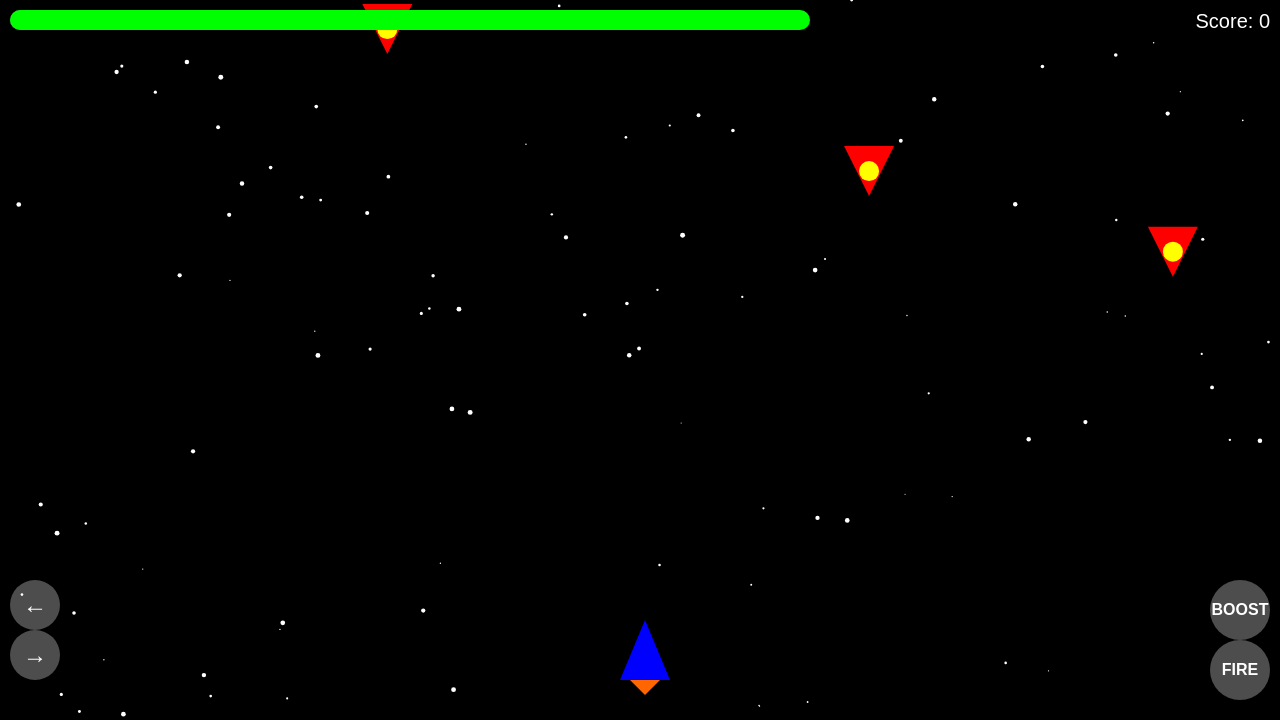
Repository: BiranOrundas/space-shooter
Page: space-shooter.html
An editor plug-in stored every save of this project. The page is shown before and after the next save, followed by the edit.
The browser window is 1280 px wide. The pictures show the whole page.

Above is the page before, as saved 2025-03-13 13:12:35.

### space-shooter.html
<!DOCTYPE html>
<html lang="en">
<head>
  <meta charset="UTF-8">
  <meta name="viewport" content="width=device-width, initial-scale=1.0">
  <title>Space Shooter</title>
  <style>
    body {
      margin: 0;
      overflow: hidden;
      touch-action: none;
      font-family: Arial, sans-serif;
      background-color: #000;
      display: flex;
      justify-content: center;
      align-items: center;
      height: 100vh;
    }

    #game-container {
      position: relative;
      width: 100vw;
      height: 100vh;
      background-color: #000;
      overflow: hidden;
      touch-action: none;
    }

    #game-canvas {
      width: 100%;
      height: 100%;
    }

    #controls {
      position: absolute;
      bottom: 20px;
      left: 0;
      width: 100%;
      display: flex;
      justify-content: space-between;
      z-index: 10;
    }

    .direction-btn {
      width: 50px;
      height: 50px;
      background-color: rgba(255, 255, 255, 0.3);
      border-radius: 50%;
      display: flex;
      justify-content: center;
      align-items: center;
      color: white;
      font-weight: bold;
      font-size: 24px;
      user-select: none;
      margin: 0 10px;
    }

    .action-btn {
      width: 60px;
      height: 60px;
      background-color: rgba(255, 255, 255, 0.3);
      border-radius: 50%;
      display: flex;
      justify-content: center;
      align-items: center;
      color: white;
      font-weight: bold;
      font-size: 16px;
      user-select: none;
      margin: 0 10px;
    }

    #life-bar-container {
      position: absolute;
      top: 10px;
      left: 10px;
      width: 200px;
      height: 20px;
      background-color: rgba(255, 255, 255, 0.3);
      border-radius: 10px;
    }

    #life-bar {
      height: 100%;
      width: 100%;
      background-color: #0f0;
      border-radius: 10px;
      transition: width 0.5s;
    }

    #score {
      position: absolute;
      top: 10px;
      right: 10px;
      color: white;
      font-size: 20px;
    }

    #game-over {
      position: absolute;
      top: 0;
      left: 0;
      width: 100%;
      height: 100%;
      background-color: rgba(0, 0, 0, 0.8);
      display: none;
      flex-direction: column;
      justify-content: center;
      align-items: center;
      color: white;
      font-size: 30px;
      z-index: 20;
    }

    #restart-btn {
      margin-top: 20px;
      padding: 10px 20px;
      background-color: #0f0;
      color: black;
      border: none;
      border-radius: 5px;
      font-size: 18px;
      cursor: pointer;
    }

    .star {
      position: absolute;
      background-color: white;
      border-radius: 50%;
    }
  </style>
</head>
<body>
  <div id="game-container">
    <div id="life-bar-container">
      <div id="life-bar"></div>
    </div>
    <div id="score">Score: 0</div>
    <canvas id="game-canvas"></canvas>

    <div id="controls">
      <div id="movement-controls">
        <div class="direction-btn" id="left-btn">←</div>
        <div class="direction-btn" id="right-btn">→</div>
      </div>
      <div id="action-controls">
        <div class="action-btn" id="boost-btn">BOOST</div>
        <div class="action-btn" id="shoot-btn">FIRE</div>
      </div>
    </div>

    <div id="game-over">
      <div>GAME OVER</div>
      <div id="final-score">Score: 0</div>
      <button id="restart-btn">Restart</button>
    </div>
  </div>

  <script>
    // Game setup
    const canvas = document.getElementById('game-canvas');
    const ctx = canvas.getContext('2d');

    // Set canvas dimensions to match container
    const container = document.getElementById('game-container');
    canvas.width = container.clientWidth;
    canvas.height = container.clientHeight;

    // Game variables
    let score = 0;
    let gameOver = false;
    let animationId;

    // Player variables
    const player = {
      x: canvas.width / 2 - 20,
      y: canvas.height - 100,
      width: 50,
      height: 60,
      speed: 5,
      boostedSpeed: 10,
      isBoosting: false,
      life: 400,
      color: '#00f',
      cooldown: 0,
      lastShot: 0
    };

    // Game elements arrays
    const bullets = [];
    const enemies = [];
    const stars = [];

    // Control variables
    let leftPressed = false;
    let rightPressed = false;
    let shootPressed = false;
    let boostPressed = false;

    // Generate stars for background
    function createStars() {
      const starCount = 100;
      for (let i = 0; i < starCount; i++) {
        stars.push({
          x: Math.random() * canvas.width,
          y: Math.random() * canvas.height,
          size: Math.random() * 2 + 0.5,
          speed: Math.random() * 2 + 5.9
        });
      }
    }

    // Draw player's spaceship
    function drawPlayer() {
      // Draw player ship
      ctx.fillStyle = player.color;

      // Ship body
      ctx.beginPath();
      ctx.moveTo(player.x + player.width / 2, player.y);
      ctx.lineTo(player.x + player.width, player.y + player.height);
      ctx.lineTo(player.x, player.y + player.height);
      ctx.closePath();
      ctx.fill();

      // Engine flames
      if (player.isBoosting) {
        ctx.fillStyle = '#ff0';
      } else {
        ctx.fillStyle = '#f60';
      }

      const flameHeight = player.isBoosting ? 30 : 15;
      ctx.beginPath();
      ctx.moveTo(player.x + 10, player.y + player.height);
      ctx.lineTo(player.x + player.width / 2, player.y + player.height + flameHeight);
      ctx.lineTo(player.x + player.width - 10, player.y + player.height);
      ctx.closePath();
      ctx.fill();
    }

    // Create a bullet
    function shootBullet() {
      const now = Date.now();
      if (now - player.lastShot > 300) { // Cooldown in ms
        bullets.push({
          x: player.x + player.width / 2 - 3,
          y: player.y,
          width: 1,
          height: 15,
          speed: 10,
          color: '#f00'
        });
        player.lastShot = now;
      }
    }

    // Draw bullets
    function drawBullets() {
      bullets.forEach(bullet => {
        ctx.fillStyle = bullet.color;
        ctx.fillRect(bullet.x, bullet.y, bullet.width, bullet.height);
      });
    }

    // Create enemy ships
    function spawnEnemy() {
      if (Math.random() < 0.02 && !gameOver) {
        enemies.push({
          x: Math.random() * (canvas.width - 50),
          y: -50,
          width: 50,
          height: 50,
          speed: Math.random() * 2 + 1
        });
      }
    }

    // Draw enemy ships
    function drawEnemies() {
      enemies.forEach(enemy => {
        // Enemy ship body
        ctx.fillStyle = '#f00';
        ctx.beginPath();
        ctx.moveTo(enemy.x + enemy.width / 2, enemy.y + enemy.height);
        ctx.lineTo(enemy.x + enemy.width, enemy.y);
        ctx.lineTo(enemy.x, enemy.y);
        ctx.closePath();
        ctx.fill();

        // Enemy details
        ctx.fillStyle = '#ff0';
        ctx.beginPath();
        ctx.arc(enemy.x + enemy.width / 2, enemy.y + enemy.height / 2, 10, 0, Math.PI * 2);
        ctx.fill();
      });
    }

    // Draw stars background
    function drawStars() {
      ctx.fillStyle = 'white';
      stars.forEach(star => {
        ctx.beginPath();
        ctx.arc(star.x, star.y, star.size, 0, Math.PI * 2);
        ctx.fill();
      });
    }

    // Update star positions
    function updateStars() {
      stars.forEach(star => {
        star.y += star.speed;
        if (star.y > canvas.height) {
          star.y = 0;
          star.x = Math.random() * canvas.width;
        }
      });
    }

    // Update game elements
    function updateGameElements() {
      // Update player position
      if (leftPressed && player.x > 0) {
        player.x -= player.isBoosting ? player.boostedSpeed : player.speed;
      }
      if (rightPressed && player.x < canvas.width - player.width) {
        player.x += player.isBoosting ? player.boostedSpeed : player.speed;
      }

      // Update bullets
      for (let i = 0; i < bullets.length; i++) {
        bullets[i].y -= bullets[i].speed;

        // Remove bullets that are off screen
        if (bullets[i].y < 0) {
          bullets.splice(i, 1);
          i--;
        }
      }

      // Update enemies
      for (let i = 0; i < enemies.length; i++) {
        enemies[i].y += enemies[i].speed;

        // Check for collision with player
        if (
          player.x < enemies[i].x + enemies[i].width &&
          player.x + player.width > enemies[i].x &&
          player.y < enemies[i].y + enemies[i].height &&
          player.y + player.height > enemies[i].y
        ) {
          // Player hit by enemy
          player.life -= 30;
          updateLifeBar();

          // Remove enemy
          enemies.splice(i, 1);
          i--;

          // Check game over
          if (player.life <= 0) {
            endGame();
          }

          continue;
        }

        // Check for bullets hitting enemies
        for (let j = 0; j < bullets.length; j++) {
          if (
            bullets[j].x < enemies[i].x + enemies[i].width &&
            bullets[j].x + bullets[j].width > enemies[i].x &&
            bullets[j].y < enemies[i].y + enemies[i].height &&
            bullets[j].y + bullets[j].height > enemies[i].y
          ) {
            // Enemy hit by bullet
            score += 10;
            updateScore();

            // Remove enemy and bullet
            enemies.splice(i, 1);
            bullets.splice(j, 1);
            i--;
            break;
          }
        }

        // Remove enemies that are off screen
        if (enemies[i] && enemies[i].y > canvas.height) {
          enemies.splice(i, 1);
          i--;
        }
      }
    }

    // Update life bar
    function updateLifeBar() {
      const lifeBar = document.getElementById('life-bar');
      lifeBar.style.width = `${player.life}%`;

      // Change color based on life
      if (player.life > 60) {
        lifeBar.style.backgroundColor = '#0f0';
      } else if (player.life > 30) {
        lifeBar.style.backgroundColor = '#ff0';
      } else {
        lifeBar.style.backgroundColor = '#f00';
      }
    }

    // Update score display
    function updateScore() {
      document.getElementById('score').textContent = `Score: ${score}`;
    }

    // Game over
    function endGame() {
      gameOver = true;
      document.getElementById('game-over').style.display = 'flex';
      document.getElementById('final-score').textContent = `Score: ${score}`;
      cancelAnimationFrame(animationId);
    }

    // Main game loop
    function gameLoop() {
      // Clear canvas
      ctx.fillStyle = '#000';
      ctx.fillRect(0, 0, canvas.width, canvas.height);

      // Draw stars
      drawStars();
      updateStars();

      // Spawn enemies
      spawnEnemy();

      // Update game elements
      updateGameElements();

      // Fire bullet if shoot button is pressed
      if (shootPressed) {
        shootBullet();
      }

      // Draw game elements
      drawPlayer();
      drawBullets();
      drawEnemies();

      // Continue game loop
      if (!gameOver) {
        animationId = requestAnimationFrame(gameLoop);
      }
    }

    // Event listeners for keyboard controls
    document.addEventListener('keydown', (e) => {
      if (e.key === 'ArrowLeft' || e.key === 'a') leftPressed = true;
      if (e.key === 'ArrowRight' || e.key === 'd') rightPressed = true;
      if (e.key === ' ' || e.key === 'Enter') shootPressed = true;
      if (e.key === 'Shift') {
        boostPressed = true;
        player.isBoosting = true;
      }
    });

    document.addEventListener('keyup', (e) => {
      if (e.key === 'ArrowLeft' || e.key === 'a') leftPressed = false;
      if (e.key === 'ArrowRight' || e.key === 'd') rightPressed = false;
      if (e.key === ' ' || e.key === 'Enter') shootPressed = false;
      if (e.key === 'Shift') {
        boostPressed = false;
        player.isBoosting = false;
      }
    });

    // Touch controls
    const leftBtn = document.getElementById('left-btn');
    const rightBtn = document.getElementById('right-btn');
    const shootBtn = document.getElementById('shoot-btn');
    const boostBtn = document.getElementById('boost-btn');

    leftBtn.addEventListener('touchstart', (e) => {
      e.preventDefault();
      leftPressed = true;
    });

    leftBtn.addEventListener('touchend', (e) => {
      e.preventDefault();
      leftPressed = false;
    });

    rightBtn.addEventListener('touchstart', (e) => {
      e.preventDefault();
      rightPressed = true;
    });

    rightBtn.addEventListener('touchend', (e) => {
      e.preventDefault();
      rightPressed = false;
    });

    shootBtn.addEventListener('touchstart', (e) => {
      e.preventDefault();
      shootPressed = true;
    });

    shootBtn.addEventListener('touchend', (e) => {
      e.preventDefault();
      shootPressed = false;
    });

    boostBtn.addEventListener('touchstart', (e) => {
      e.preventDefault();
      boostPressed = true;
      player.isBoosting = true;
    });

    boostBtn.addEventListener('touchend', (e) => {
      e.preventDefault();
      boostPressed = false;
      player.isBoosting = false;
    });

    // Mouse controls (for testing on desktop)
    leftBtn.addEventListener('mousedown', () => {
      leftPressed = true;
    });

    leftBtn.addEventListener('mouseup', () => {
      leftPressed = false;
    });

    rightBtn.addEventListener('mousedown', () => {
      rightPressed = true;
    });

    rightBtn.addEventListener('mouseup', () => {
      rightPressed = false;
    });

    shootBtn.addEventListener('mousedown', () => {
      shootPressed = true;
    });

    shootBtn.addEventListener('mouseup', () => {
      shootPressed = false;
    });

    boostBtn.addEventListener('mousedown', () => {
      boostPressed = true;
      player.isBoosting = true;
    });

    boostBtn.addEventListener('mouseup', () => {
      boostPressed = false;
      player.isBoosting = false;
    });

    // Restart game
    document.getElementById('restart-btn').addEventListener('click', () => {
      // Reset game state
      score = 0;
      gameOver = false;
      player.life = 100;
      player.x = canvas.width / 2 - 25;
      player.y = canvas.height - 100;
      player.isBoosting = false;

      // Clear arrays
      bullets.length = 0;
      enemies.length = 0;

      // Update UI
      updateScore();
      updateLifeBar();

      // Hide game over screen
      document.getElementById('game-over').style.display = 'none';

      // Start game loop
      gameLoop();
    });

    // Initialize game
    function initGame() {
      createStars();
      updateLifeBar();
      gameLoop();
    }

    // Start the game
    window.addEventListener('load', initGame);
  </script>
</body>
</html>

After the next save:
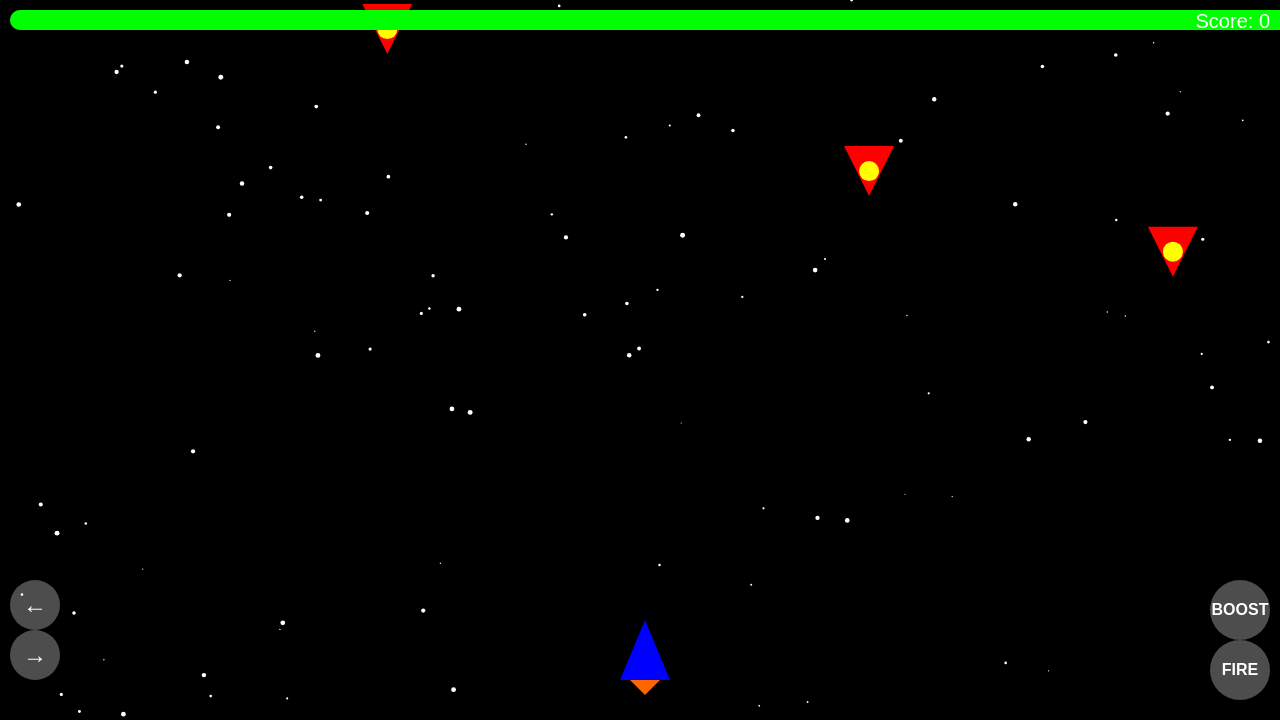
Saved 15 s later.
--- a/space-shooter.html
+++ b/space-shooter.html
@@ -75,7 +75,7 @@
       position: absolute;
       top: 10px;
       left: 10px;
-      width: 200px;
+      width: 100%;
       height: 20px;
       background-color: rgba(255, 255, 255, 0.3);
       border-radius: 10px;
